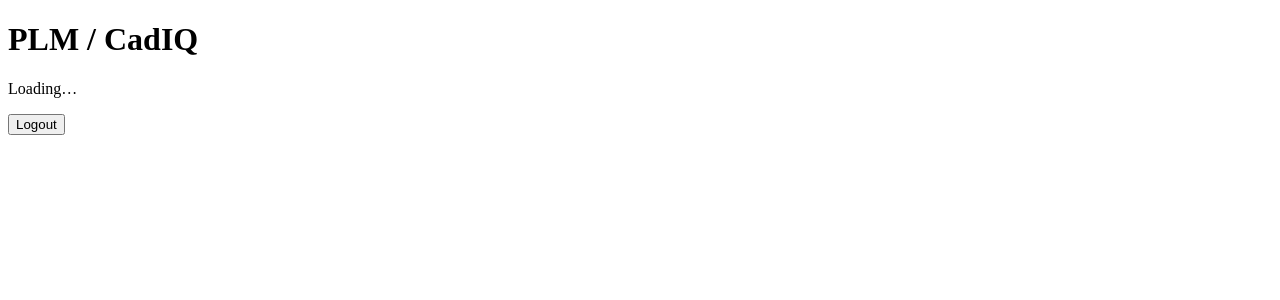
Repository: yaleevans/plm-cadiq
Page: /login
These files come from the project's save history. The page is drawn as it stood at one moment and after the next save; the edit follows.
The browser window is 1280 px wide. The pictures show the whole page.
The page's requests for data from a server got no answer. The project was rebuilt for these pictures with package versions that can differ from the ones it lists, and the page was loaded fresh each time. The framework's server and built-in components were replaced by stand-ins that run in the browser. No one was signed in, and anything a server would have sent is missing. Also part of the build but not shown: svelte.config.js, vite.config.ts.

Above is the page before, as saved 2026-02-11 08:02:19.

### src/routes/login/+page.svelte
<script lang="ts">
	let me: any = null;

	// simple fetch to show tenant context
	async function loadMe() {
		const res = await fetch('/api/me');
		me = await res.json();
	}

	loadMe();
</script>

<h1>PLM / CadIQ</h1>

{#if me?.ok}
	<p>Signed in as <b>{me.session.email}</b></p>
	<p>Tenant: <code>{me.session.tenantId}</code></p>
{:else}
	<p>Loading…</p>
{/if}

<form method="post" action="/api/auth/logout">
	<button type="submit">Logout</button>
</form>

Loaded but not shown: src/app.html (common file); src/routes/login/+layout.svelte (common file)

After the next save:
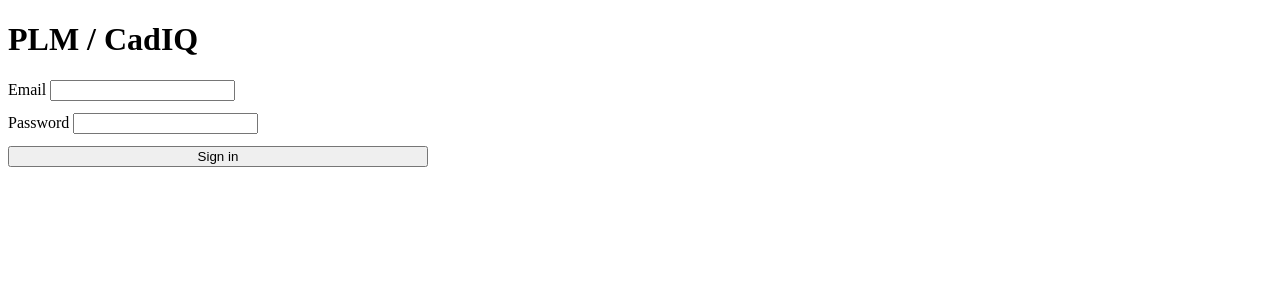
Saved 6 min 4 s later.
--- a/src/routes/login/+page.svelte
+++ b/src/routes/login/+page.svelte
@@ -1,24 +1,85 @@
 <script lang="ts">
-	let me: any = null;
+	import { goto } from '$app/navigation';
 
-	// simple fetch to show tenant context
-	async function loadMe() {
-		const res = await fetch('/api/me');
-		me = await res.json();
+	let email = '';
+	let password = '';
+	let error = '';
+	let tenants: { id: string; name: string }[] = [];
+	let selectedTenantId = '';
+
+	async function startLogin() {
+		error = '';
+		tenants = [];
+		selectedTenantId = '';
+
+		const res = await fetch('/api/auth/login-start', {
+			method: 'POST',
+			headers: { 'content-type': 'application/json' },
+			body: JSON.stringify({ email, password })
+		});
+
+		const data = await res.json();
+		if (!data.ok) {
+			error = data.error ?? 'Login failed';
+			return;
+		}
+
+		tenants = data.tenants;
+
+		if (tenants.length === 1) {
+			selectedTenantId = tenants[0].id;
+			await selectTenant();
+		}
 	}
 
-	loadMe();
+	async function selectTenant() {
+		const res = await fetch('/api/auth/select-tenant', {
+			method: 'POST',
+			headers: { 'content-type': 'application/json' },
+			body: JSON.stringify({ email, password, tenantId: selectedTenantId })
+		});
+
+		const data = await res.json();
+		if (!data.ok) {
+			error = data.error ?? 'Tenant selection failed';
+			return;
+		}
+
+		await goto('/');
+	}
 </script>
 
 <h1>PLM / CadIQ</h1>
 
-{#if me?.ok}
-	<p>Signed in as <b>{me.session.email}</b></p>
-	<p>Tenant: <code>{me.session.tenantId}</code></p>
-{:else}
-	<p>Loading…</p>
-{/if}
+<div style="max-width: 420px; display: grid; gap: 12px;">
+	<label>
+		Email
+		<input bind:value={email} autocomplete="username" />
+	</label>
 
-<form method="post" action="/api/auth/logout">
-	<button type="submit">Logout</button>
-</form>
+	<label>
+		Password
+		<input type="password" bind:value={password} autocomplete="current-password" />
+	</label>
+
+	<button on:click={startLogin}>Sign in</button>
+
+	{#if error}
+		<p style="color: red;">{error}</p>
+	{/if}
+
+	{#if tenants.length > 1}
+		<hr />
+		<label>
+			Select tenant
+			<select bind:value={selectedTenantId}>
+				<option value="" disabled>Select…</option>
+				{#each tenants as t}
+					<option value={t.id}>{t.name}</option>
+				{/each}
+			</select>
+		</label>
+
+		<button disabled={!selectedTenantId} on:click={selectTenant}> Continue </button>
+	{/if}
+</div>
